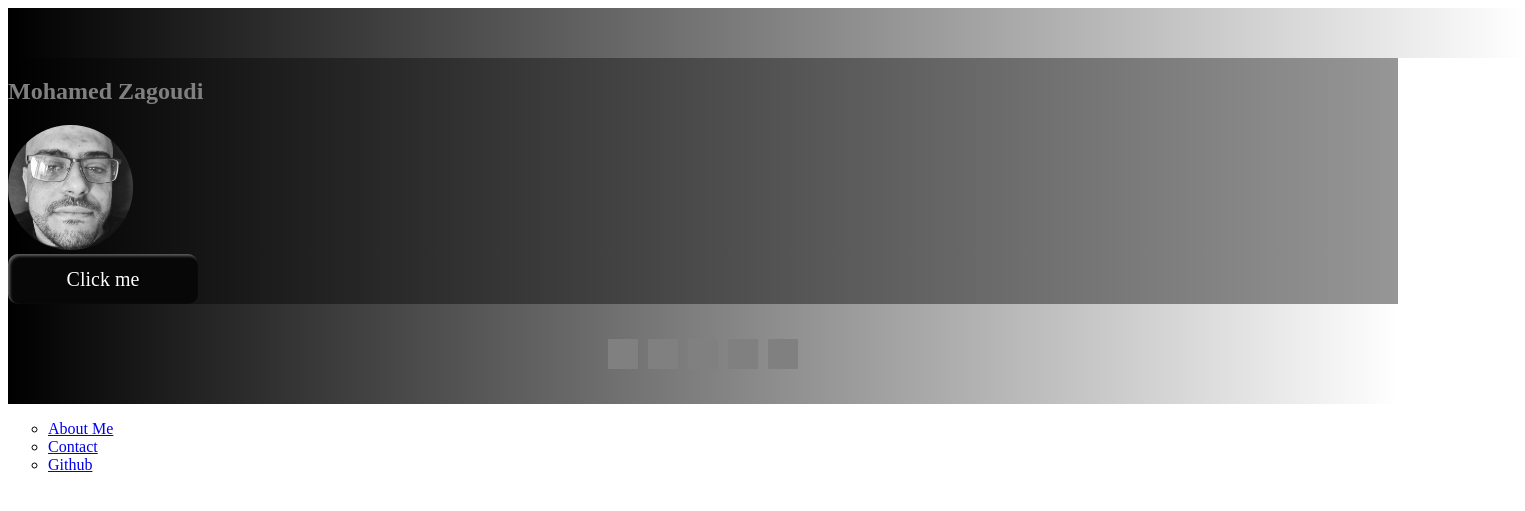
Repository: Mohzagou/Eersteportofolio
Page: index.html
These files come from the project's save history. The page is drawn as it stood at one moment and after the next save; the edit follows.
The browser window is 1280 px wide. The page is 1525 px wide, so the pictures cover 1525 px, including what lies to the right of the window. The pictures show the whole page.

Above is the page before, as saved 2022-06-08 00:08:03.

### index.html
<!DOCTYPE html>


<head>
    <link rel="stylesheet" href="styles.css" />
    <meta charset="UTF-8">

    <title>Document</title>
</head>

<body>

    <header></header>
    <div class="about-me">
        <h2 id="name">Mohamed Zagoudi</h2>
        <img class="avatar" src="images/67gwzvy.jpeg" alt="Mohamed Zagoudi headshot" />

        <div class="button">Click me</div>

        <div>

            <section>
                <div class="test"></div>
                <div class="test"></div>
                <div class="test"></div>
                <div class="test"></div>
                <div class="test"></div>
            </section>
            <footer>
                <ul style="list-style-type: circle ">
                    <li><a href=" ">About Me</a></li>
                    <li><a href=" ">Contact</a></li>
                    <li><a href="https://github.com/Mohzagou ">Github</a></li>

                </ul>

            </footer>



</body>



</html>

### styles.css
                            body {
                                display: flex;
                                flex-direction: column;
                            }

                            header {
                                width: 120%;
                                height: 50px;
                                background-image: linear-gradient(to right, black, grey, white);
                                /*background-color: rgb(113, 74, 145);*/
                            }

                            section {
                                width: 100%;
                                height: 100px;
                                background-image: linear-gradient(to right, black, grey, white);
                                background-color: #234def;
                                display: flex;
                                align-items: center;
                                justify-content: center;
                            }

                            .about-me {
                                width: 110%;
                                height: 250px;
                                background-image: repeating-linear-gradient(to right, black, grey, white 170%);
                                /*background-color: rgb(177, 69, 21, 0.8);*/
                                /*margin: 10px 0 10px 0;
    border: solid black 10px;
    border-radius: 15px;*/
                            }

                            .avatar {
                                width: 125px;
                                border-radius: 62px;
                                background-image: repeating-linear-gradient(to right, black, grey, 110%);
                            }

                            #name {
                                color: grey;
                            }

                            .test {
                                width: 30px;
                                height: 30px;
                                background-color: grey;
                                margin: 5px;
                            }

                            .button {
                                border: 0;
                                padding: 0 20px;
                                font-size: 20px;
                                width: 150px;
                                text-align: center;
                                line-height: 2.5;
                                color: rgb(255, 255, 255);
                                text-shadow: 1px 1px 1px #000;
                                background-color: rgb(7, 7, 7);
                                background-image: linear-gradient(to top left, rgba(250, 245, 245, 0.2), rgba(0, 0, 0, 0.2) 30%, rgba(248, 243, 243, 0), );
                                box-shadow: inset 2px 2px 3px rgba(233, 224, 224, 0.4);
                                border-radius: 10px;
                            }

                            .button:active {
                                box-shadow: inset -2px -2px 3px rgba(107, 104, 104, 0.8);
                            }

                            .button:hover {
                                background-color: rgb(107, 104, 104);
                            }

After the next save:
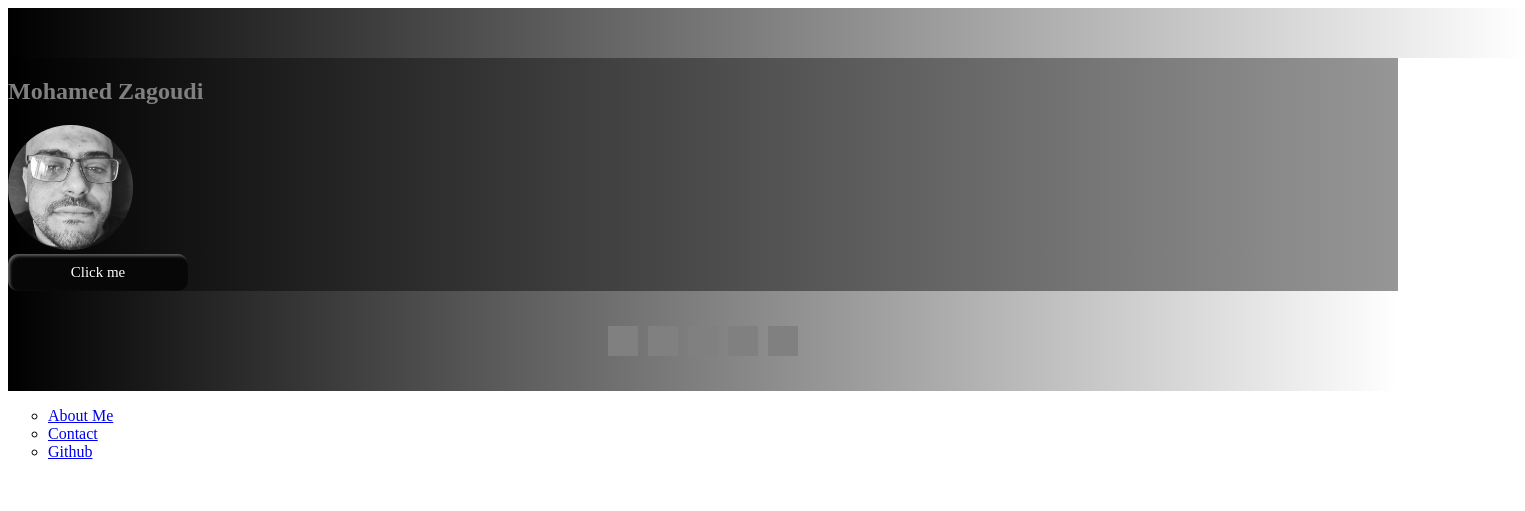
Saved 35 s later.
--- a/styles.css
+++ b/styles.css
@@ -49,8 +49,8 @@
 
                             .button {
                                 border: 0;
-                                padding: 0 20px;
-                                font-size: 20px;
+                                padding: 0 15px;
+                                font-size: 15px;
                                 width: 150px;
                                 text-align: center;
                                 line-height: 2.5;
